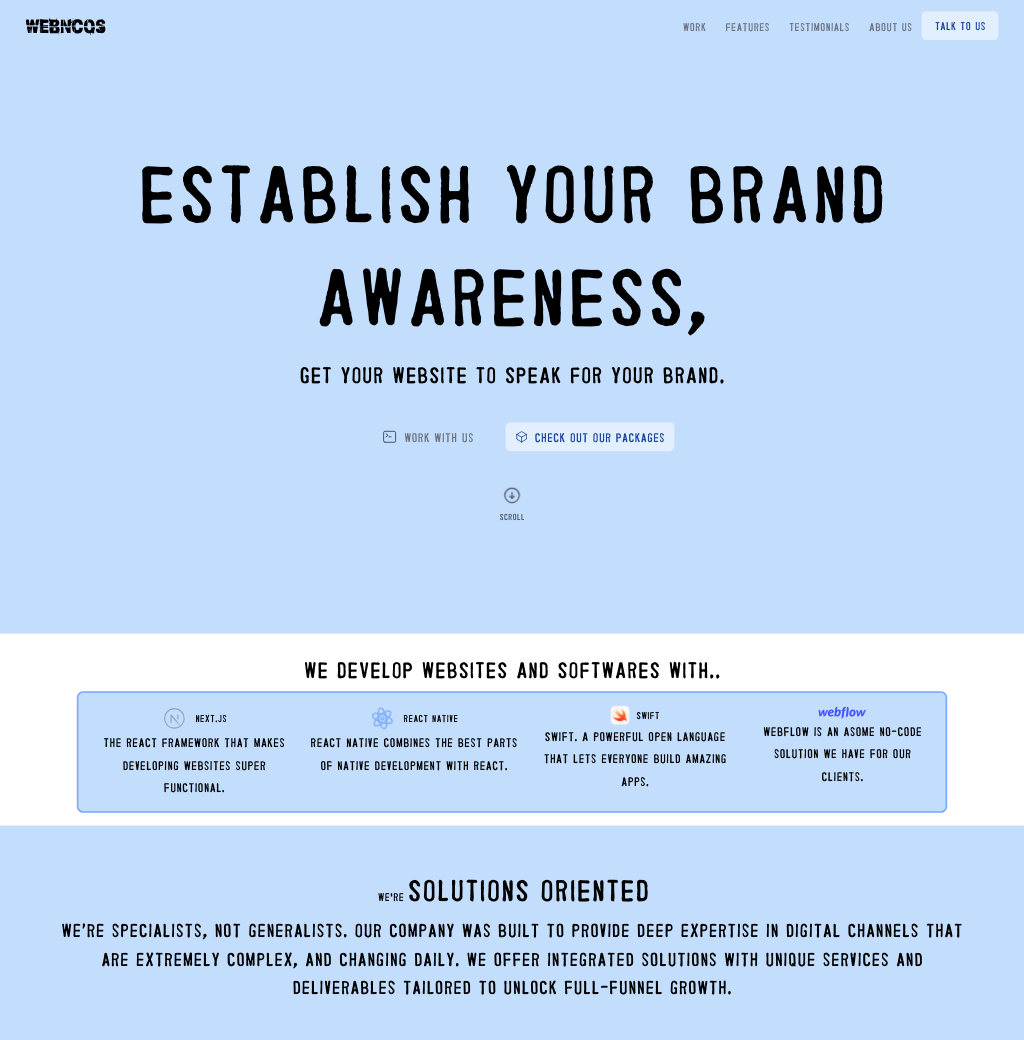
Repository: 1realjulius/webncos
Page: /
An editor plug-in stored every save of this project. The page is shown before and after the next save, followed by the edit.
The browser window is 1280 px wide. The pictures show the whole page, at 80% of full size.
The project was rebuilt for these pictures with package versions that can differ from the ones it lists, and the page was loaded fresh each time. The framework's server and built-in components were replaced by stand-ins that run in the browser. Also part of the build but not shown: next.config.js.

Above is the page before, as saved 2022-09-02 13:15:31.

After the next save:
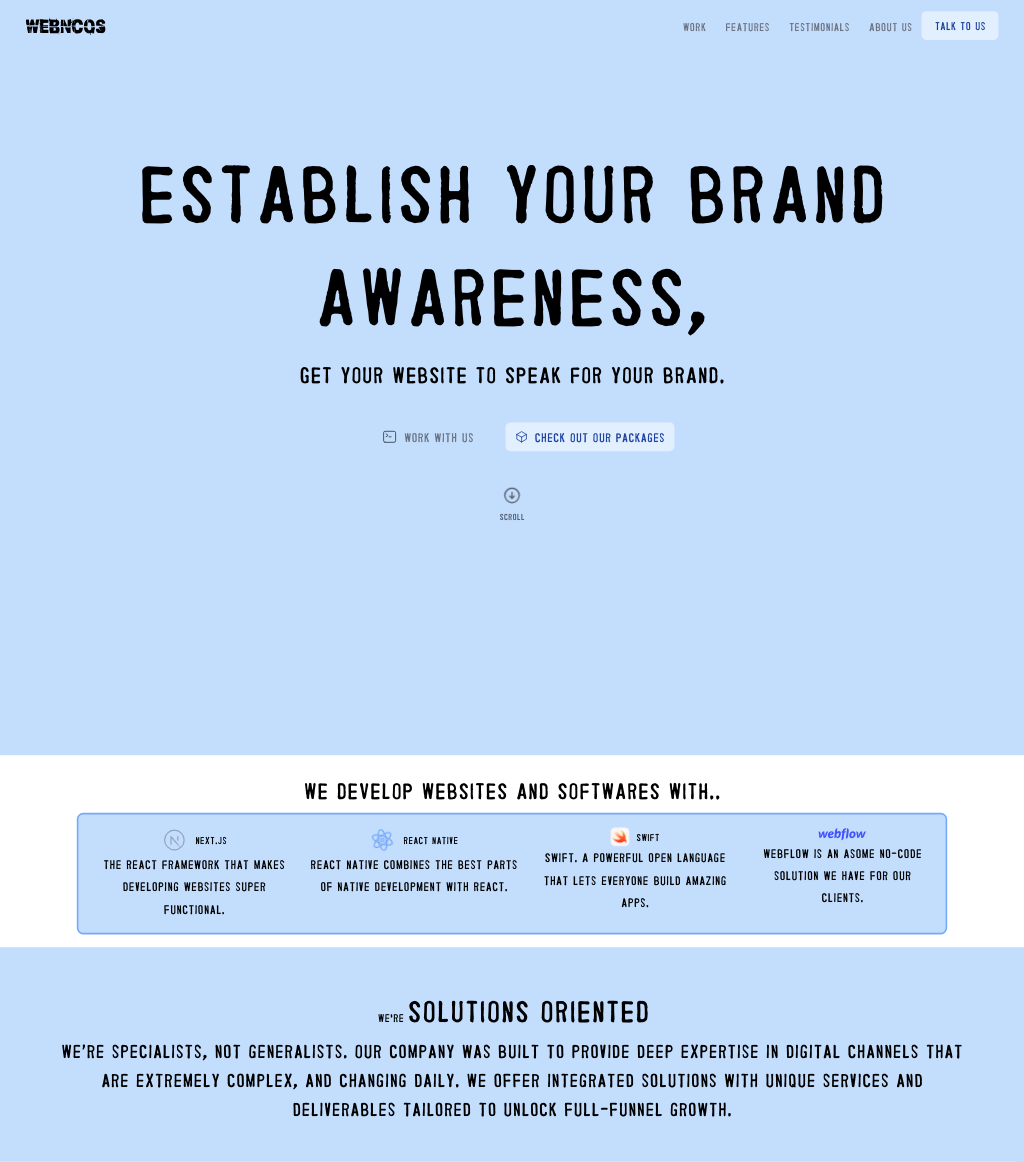
Saved 90 s later.
--- a/components/MainHome.tsx
+++ b/components/MainHome.tsx
@@ -8,7 +8,7 @@
   return (
     <div className="flex flex-col max-w-8xl">
       {/* header */}
-      <div className="md:my-20">
+      <div className="md:my-20 min-h-screen">
         <div className=" flex flex-col items-center justify-center mt-[160px] md:mt-4 mb-4">
           <div className="pt-4 pb-2">
             <h1 className="text-6xl md:text-9xl text-center font-parcel px-2">
